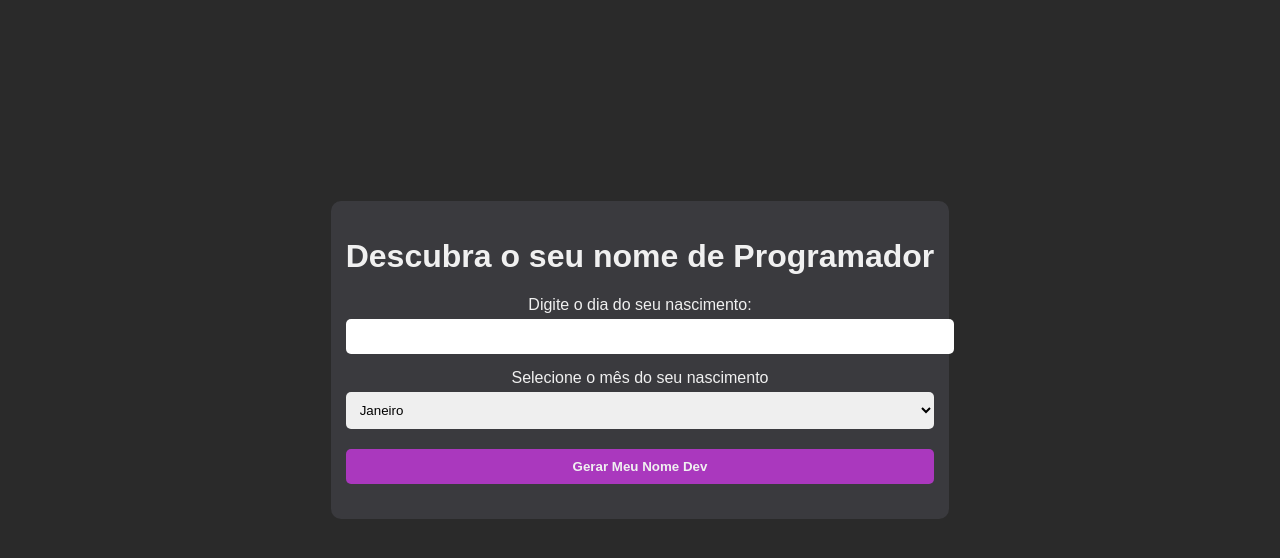
Repository: analessp/seu-nome-dev
Page: index.html
An editor plug-in stored every save of this project. The page is shown before and after the next save, followed by the edit.
The browser window is 1280 px wide. The pictures show the whole page.

Above is the page before, as saved 2025-05-13 11:11:27.

### index.html
<!DOCTYPE html>
<html lang="pt-BR">
<head>
    <meta charset="UTF-8">
    <meta name="viewport" content="width=device-width, initial-scale=1.0">
    <title>Seu Nome Dev</title>
    <link rel="stylesheet" href="styles.css">
</head>
<body>
    <div class="container">
        <h1>Descubra o seu nome de Programador</h1>
        <div class="form-group">
            <label for="dia">Digite o dia do seu nascimento:</label>
            <input type="number" id="dia" min="1" max="31">
        </div>
        <div class="form-group">
            <label for="mes">Selecione o mês do seu nascimento</label>
            <select id="mes">
                <option value="1">Janeiro</option>
                <option value="2">Fevereiro</option>
                <option value="3">Março</option>
                <option value="4">Abril</option>
                <option value="5">Maio</option>
                <option value="6">Junho</option>
                <option value="7">Julho</option>
                <option value="8">Agosto</option>
                <option value="9">Setembro</option>
                <option value="10">Outubro</option>
                <option value="11">Novembro</option>
                <option value="12">Dezembro</option>
            </select>
        </div>
        <button onclick="gerarNomeDev()">Gerar Meu Nome Dev</button>
        <div class="resultado" id="resultado"></div>
    </div>
    <script src="app.js"></script>
</body>
</html>

### styles.css
body {
    background-color: #2a2a2a;
    color: #f0f0f0;
    font-family: "Nunito", sans-serif;
    display: flex;
    justify-content: center;
    align-items: center;
    height: 100vh;
    margin: 0;
}

.container {
    background-color: #3a3a3e;
    padding: 15px;
    border-radius: 10px;
    box-shadow: 0px 5px 15px rgba(0, 0, 0, 0.3s);
    text-align: center;
}

.form-group {
    margin-bottom: 15px;
}

input, select, button {
    cursor: pointer;
    padding: 10px;
    margin-top: 5px;
    width: 100%;
    border-radius: 5px;
    border: none;
    outline: none;
}

button {
    background-color: #aa38be;
    color: #f0f0f0;
    font-weight: bold;
    transition: background-color 0.3s;
}

button:hover {
    background-color: #e27cd3;
}

.resultado {
    margin-top: 20px;
    font-size: 1.2rem;
    font-weight: bold;
    color: #8a2aba;
}

### app.js
function gerarNomeDev() {
    const dia = parseInt(document.getElementById("dia").value);
    const mes = parseInt(document.getElementById("mes").value);
    const resultado = parseInt(document.getElementById("resultado").value);

    if (isNaN(dia) || dia < 1 || dia > 31) {
        resultado.textContent = "Insira um dia válido.";
        return;
    }

    const títulos = {
    1: "Desenvolvedor(a)",
    2: "Desenvolvedor(a)",
    3: "Programador(a)",
    4: "Programador(a)",
    5: "Programador(a)",
    6: "Estágiario(a)",
    7: "Estágiario(a)",
    8: "Estágiario(a)",
    9: "Sênior",
    0: "Sênior",
};

const meses = {
    1: "bugado(a)",
    2: "do CTRL C, CTRL V",
    3: "das gambiarras",
    4: "que culpa o cache",
    5: "que esquece o que faz",
    6: "do git vazio",
    7: "das try/ catch vazia",
    8: "famosinho do LinkedIn",
    9: "caçador de bugs",
    10: "do Windows Pirata",
    11: "do update sem where",
    12: "do commit bugado",
};

const ultimoDigito = dia % 10;
const titulo = títulos[ultimoDigito];
const mesTexto = meses[mes];

resultado.textContent = `${titulo} ${mesTexto}`;

}

After the next save:
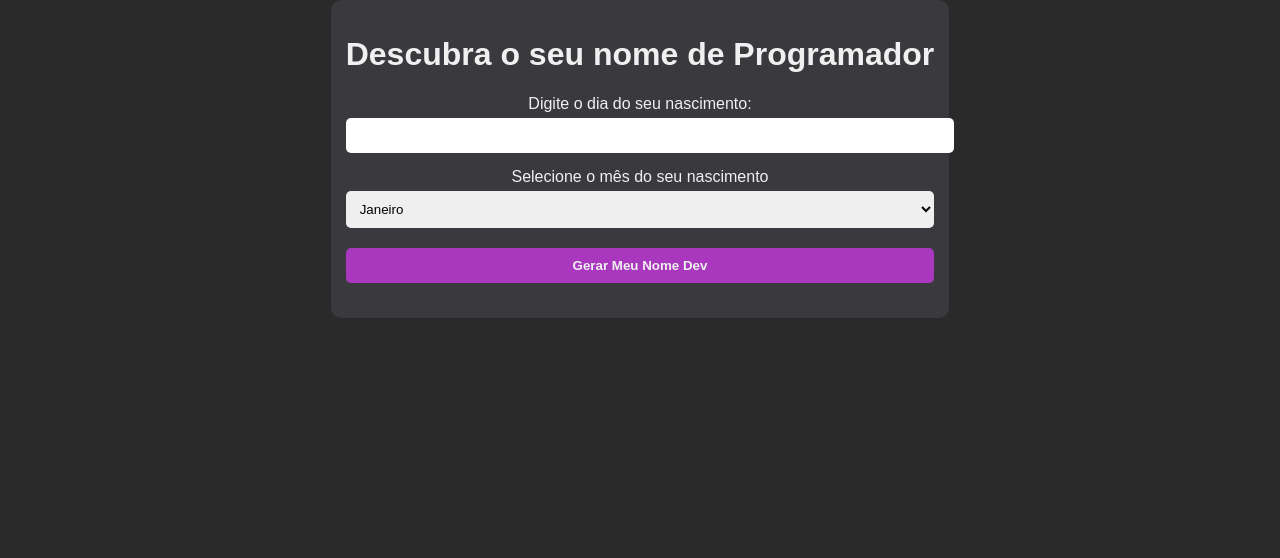
Saved 25 s later.
--- a/styles.css
+++ b/styles.css
@@ -5,7 +5,7 @@
     display: flex;
     justify-content: center;
     align-items: center;
-    height: 100vh;
+    height: 100;
     margin: 0;
 }
 

After the 2 saves that followed:
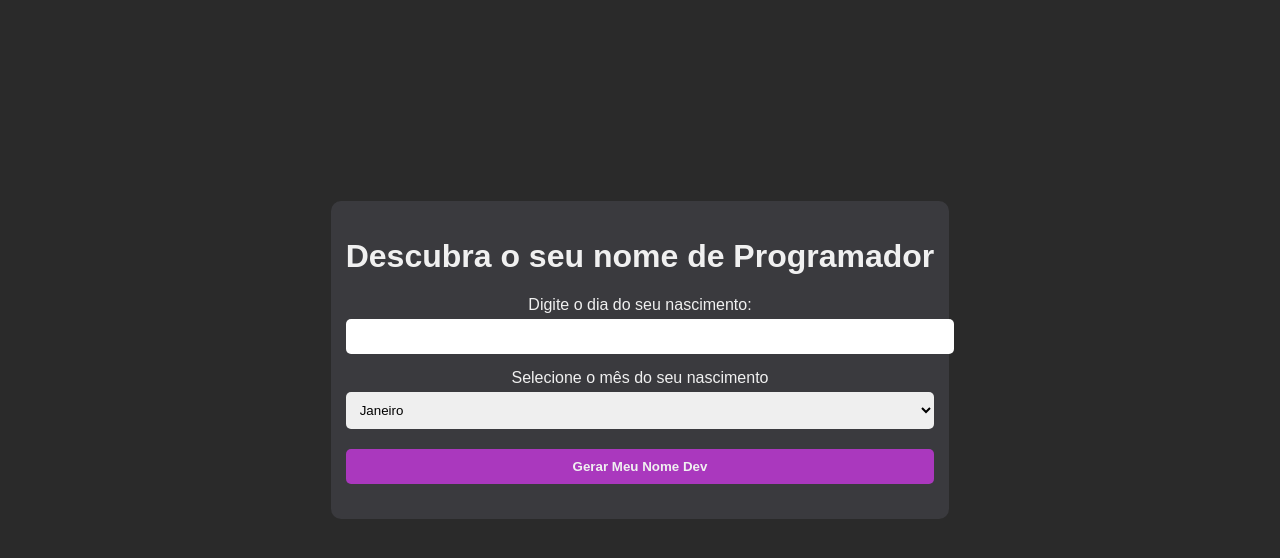
The 2 saves are shown as one change because 1 left the picture as it was.
The last was saved 20 s later.
--- a/styles.css
+++ b/styles.css
@@ -5,7 +5,7 @@
     display: flex;
     justify-content: center;
     align-items: center;
-    height: 100;
+    height: 100vh;
     margin: 0;
 }
 
